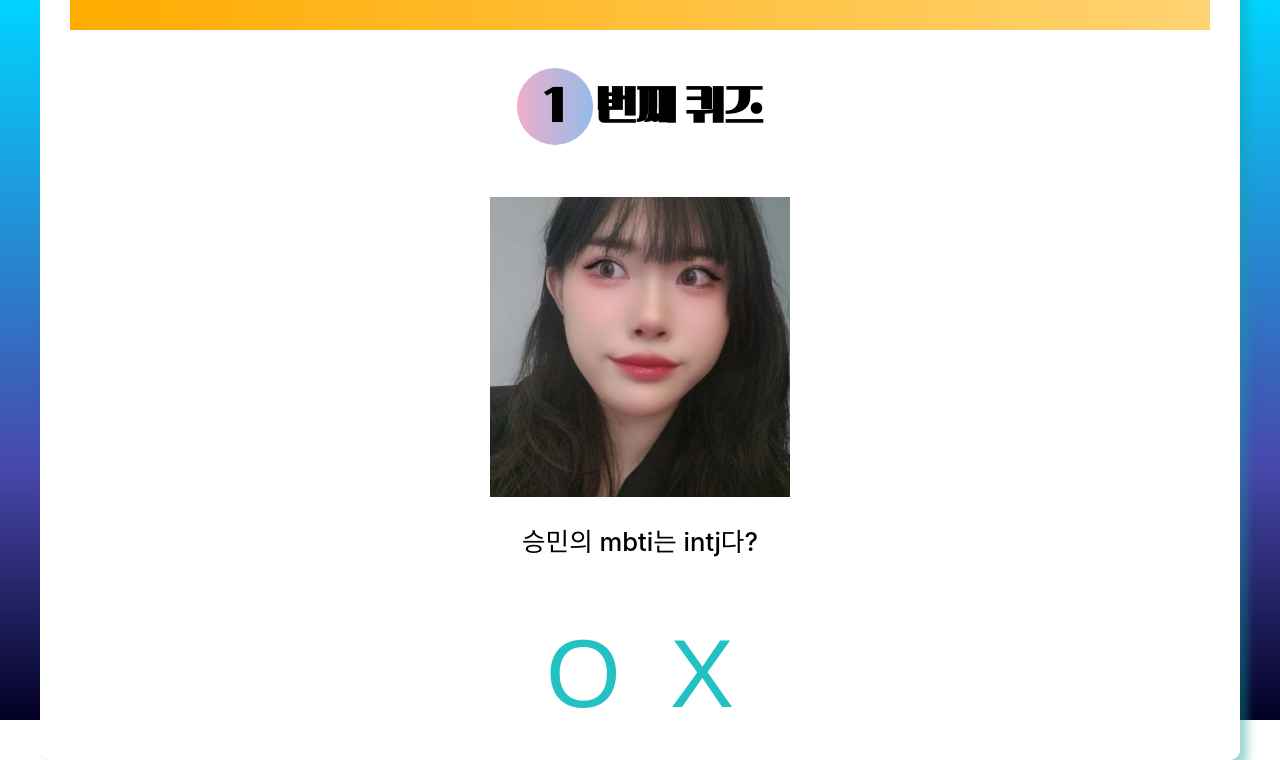
Repository: dnjfht/quiz3
Page: /quiz
These files come from the project's save history. The page is drawn as it stood at one moment and after the next save; the edit follows.
The browser window is 1280 px wide. The pictures show the whole page.
The project was rebuilt for these pictures with package versions that can differ from the ones it lists, and the page was loaded fresh each time. Also part of the build but not shown: src/components/Start.js, src/components/Score.js, src/components/Message.js, src/components/Ranking.js, src/components/NotPage.js.

Above is the page before, as saved 2023-04-15 23:16:45.

### src/index.js
import React from "react";
import ReactDOM from "react-dom/client";
import "./index.css";
import App from "./App";
import reportWebVitals from "./reportWebVitals";
import { BrowserRouter } from "react-router-dom";
import { Provider } from "react-redux";
import store from "./redux/config/configStore";

const root = ReactDOM.createRoot(document.getElementById("root"));
root.render(
  <Provider store={store}>
    <BrowserRouter>
      <App />
    </BrowserRouter>
  </Provider>
);

// If you want to start measuring performance in your app, pass a function
// to log results (for example: reportWebVitals(console.log))
// or send to an analytics endpoint. Learn more: https://bit.ly/CRA-vitals
reportWebVitals();

### src/index.css
body {
  margin: 0;
  font-family: -apple-system, BlinkMacSystemFont, "Segoe UI", "Roboto", "Oxygen",
    "Ubuntu", "Cantarell", "Fira Sans", "Droid Sans", "Helvetica Neue",
    sans-serif;
  -webkit-font-smoothing: antialiased;
  -moz-osx-font-smoothing: grayscale;
}

code {
  font-family: source-code-pro, Menlo, Monaco, Consolas, "Courier New",
    monospace;
}

@font-face {
  font-family: "ddalgifont";
  src: url("./fonts/고령딸기체+TTF.ttf");
}

@font-face {
  font-family: "chabfont";
  src: url("./fonts/chab.ttf");
}

@font-face {
  font-family: "ddagfont";
  src: url("./fonts/ddag.ttf");
}

### src/App.js
import styled from "styled-components";
import Router from "./shared/Router";

const Wrap = styled.div`
  width: 100%;
  height: 100vh;
  background: rgb(2, 0, 36);
  background: linear-gradient(
    0deg,
    rgba(2, 0, 36, 1) 0%,
    rgba(71, 71, 170, 1) 35%,
    rgba(0, 212, 255, 1) 100%
  );

  position: relative;
`;

const ContentWrap = styled.div`
  width: 1200px;
  height: 800px;
  padding: 30px;
  box-sizing: border-box;
  background-color: white;
  border-radius: 10px;
  box-shadow: 8px 8px 8px rgba(21, 159, 161, 0.4);

  position: absolute;
  top: 50%;
  margin-top: -400px;
  left: 50%;
  margin-left: -600px;
`;

function App() {
  return (
    <Wrap>
      <ContentWrap>
        <Router />
      </ContentWrap>
    </Wrap>
  );
}

export default App;

### src/redux/config/configStore.js
import { combineReducers, createStore, applyMiddleware } from "redux";
import thunk from "redux-thunk";
import quiz from "../modules/quiz";
import rank from "../modules/rank";

const middlewares = [thunk];
// 미들웨어들도 하나로 묶어줘야 힘.

const rootReducer = combineReducers({
  quiz: quiz,
  rank: rank,
});

const enhancer = applyMiddleware(...middlewares);
// reducer 말고 옵셔널하게 추가하는 애들의 모음.
// 여기 미들웨어를 적용해 넣을 거임.

const store = createStore(rootReducer, enhancer);
export default store;

### src/shared/Router.js
import React from "react";
import { Routes, Route } from "react-router-dom";
import Start from "../components/Start";
import Quiz from "../components/Quiz";
import Score from "../components/Score";
import Message from "../components/Message";
import Ranking from "../components/Ranking";
import NotPage from "../components/NotPage";

export default function Router() {
  return (
    <>
      <Routes>
        <Route path="/" element={<Start />} />
        <Route path="/quiz" element={<Quiz />} />
        <Route path="/score" element={<Score />} />
        <Route path="/message" element={<Message />} />
        <Route path="/ranking" element={<Ranking />} />
        <Route path="*" element={<NotPage />} />
      </Routes>
    </>
  );
}

### src/redux/modules/quiz.js
// action value
const ADDUSERANSWER = "add_user_answer";
const RESETUSERANSWER = "reset_user_answer";

// action creator

export const AddUserAnswer = (payload) => {
  return {
    type: ADDUSERANSWER,
    payload: payload,
  };
};

export const ResetUserAnswer = (payload) => {
  return {
    type: RESETUSERANSWER,
    payload: payload,
  };
};

// initialState
const initialState = {
  name: "유승민",
  quiz_list: [
    {
      image: "assets/1.png",
      quiz: "승민의 mbti는 intj다?",
      answer: false,
    },
    {
      image: "assets/2.png",
      quiz: "승민은 공감을 잘해주는 사람을 좋아한다?",
      answer: true,
    },
    {
      image: "assets/3.png",
      quiz: "승민은 사람들이랑 대화하고 알아가는 것을 즐긴다?",
      answer: true,
    },
    {
      image: "assets/4.png",
      quiz: "승민은 자기개발하는걸 좋아한다?",
      answer: true,
    },
    {
      image: "assets/5.png",
      quiz: "승민의 관심있을 때 하는 행동은 선톡을 하는 것이다?",
      answer: true,
    },
    {
      image: "assets/6.png",
      quiz: "승민은 불같은 연애보다 서로 믿고 의지할 수 있는 연애를 선호한다?",
      answer: true,
    },
    {
      image: "assets/7.png",
      quiz: "승민은 계획을 세우고 차근차근 계획에 옮기는걸 선호한다?",
      answer: true,
    },
    {
      image: "assets/8.png",
      quiz: "승민은 놀이기구 타는 것을 좋아한다?",
      answer: false,
    },
    {
      image: "assets/9.png",
      quiz: "승민은 고1 때부터 흡연을 했다?",
      answer: false,
    },
    {
      image: "assets/10.png",
      quiz: "승민은 소개팅을 나간 적이 있다?",
      answer: false,
    },
    {
      image: "assets/11.png",
      quiz: "승민은 소개팅과 같은 인위적인 만남을 좋아한다?",
      answer: false,
    },
    {
      image: "assets/12.png",
      quiz: "승민은 연인과 갈등이 있을 때 대화로 푸는 것을 선호한다?",
      answer: true,
    },
    {
      image: "assets/13.png",
      quiz: "승민은 연애할 때 항상 상대방의 기분이 우선이다?",
      answer: true,
    },
    {
      image: "assets/14.png",
      quiz: "승민은 좋아하는 사람에게 선물주는 것을 좋아한다?",
      answer: true,
    },
    {
      image: "assets/15.png",
      quiz: "승민은 감수성이 풍부해서 슬픈 영화나 만화를 보고 잘 운다?",
      answer: true,
    },
    {
      image: "assets/16.png",
      quiz: "승민은 본래 무뚝뚝한 성격이다?",
      answer: true,
    },
    {
      image: "assets/17.png",
      quiz: "승민의 노래방 18번곡은 나비무덤이다?",
      answer: false,
    },
    {
      image: "assets/18.png",
      quiz: "승민은 핫플을 돌아다니면서 맛집 탐방을 하고 사진 찍는 데이트를 선호한다?",
      answer: true,
    },
    {
      image: "assets/19.png",
      quiz: "승민은 연애할 때 꽃이나 편지 받는걸 좋아한다?",
      answer: true,
    },
    {
      image: "assets/20.png",
      quiz: "승민은 번호를 따인 적이 있다?",
      answer: false,
    },
  ],
  user_answer: [],
  result_text: {
    40: "나랑 친하지 않은가보군?😑",
    60: "나랑 좀 더 친해져야겠다🙃",
    80: "내적 친밀감 80퍼센트!😎",
    100: "뭐야, 넌 내 소울메이트...!?💖",
  },
};

// reducer

const quiz = (state = initialState, action) => {
  switch (action.type) {
    case ADDUSERANSWER: {
      const newUserAnswer = [...state.user_answer, action.payload];
      return { ...state, user_answer: newUserAnswer };
    }
    case RESETUSERANSWER: {
      return { ...state, user_answer: [] };
    }
    default:
      return state;
  }
};

export default quiz;

### src/redux/modules/rank.js
import { db } from "../../firebase";
import {
  collection,
  getDocs,
  addDoc,
  doc,
  updateDoc,
  deleteDoc,
  getDoc,
} from "firebase/firestore";

// action value
const ADDUSERNAME = "add_user_name";
const GETRANK = "get_rank";
const ADDRANK = "add_rank";

// action creator
export const GetRank = (payload) => {
  return {
    type: GETRANK,
    payload: payload,
  };
};

export const AddUserName = (payload) => {
  return {
    type: ADDUSERNAME,
    payload: payload,
  };
};

export const AddRank = (payload) => {
  return {
    type: ADDRANK,
    payload: payload,
  };
};

export const loadQuizFB = () => {
  return async function (dispatch) {
    const quiz_data = await getDocs(collection(db, "quiz"));
    console.log(quiz_data);

    let quiz_list = [];

    quiz_data.forEach((doc) => {
      console.log(doc.data());
      quiz_list.push({ id: doc.id, ...doc.data() });
    });

    console.log(quiz_list);

    dispatch(GetRank(quiz_list));
  };
};

export const addQuizFB = (payload) => {
  return async function (dispatch) {
    const docRef = await addDoc(collection(db, "quiz"), payload);
    // const _quiz = await getDoc(docRef);
    // const quiz = { id: _quiz.id, ..._quiz.data() };
    // dispatch(AddRank(quiz));

    // 추가한 데이터 중 id를 가져와서 bucket_data 만들기.
    // const bucket_data = { id: docRef.id, ...payload };
    // // 마지막으로 액션 일으키기 (수정해달라고 요청)
    // dispatch(createWidget(bucket_data));
  };
};

// initialState
const initialState = {
  user_name: "",
  rank: [
    // { score: 100, name: "방가방가", comment: "다들 잘생겼다" },
    // { score: 40, name: "이하늘", comment: "너무 어려운데..." },
    // { score: 60, name: "오하요~!", comment: "잘 생긴 사람이 곧 이상형" },
  ],
};

// reducer
const rank = (state = initialState, action) => {
  switch (action.type) {
    case GETRANK: {
      console.log(action.payload);
      return { ...state, rank: action.payload };
    }
    case ADDUSERNAME: {
      return { ...state, user_name: action.payload };
    }
    case ADDRANK: {
      const new_rank_data = [...state.rank, action.payload];
      return { ...state, rank: new_rank_data };
    }
    default:
      return state;
  }
};
export default rank;

### src/components/Quiz.js
import React from "react";
import styled from "styled-components";
import Progress from "./Progress";
import { useSelector, useDispatch } from "react-redux";
import quiz, { AddUserAnswer } from "../redux/modules/quiz";
import { useEffect } from "react";
import { useNavigate } from "react-router-dom";

const Wrap = styled.div`
  width: 100%;
  height: 100%;

  display: flex;
  flex-direction: column;
  justify-content: space-between;
  align-items: center;
`;

const QuizWrap = styled.div`
  width: 100%;
  height: 680px;

  display: flex;
  flex-direction: column;
  align-items: center;
  justify-content: space-between;
`;

const QuizNumber = styled.h1`
  font-size: 2.6rem;
  font-family: "ddagfont";

  & > span {
    margin-right: 4px;
    padding: 10px 26px;
    background: rgb(238, 174, 202);
    background: linear-gradient(
      90deg,
      rgba(238, 174, 202, 1) 0%,
      rgba(148, 187, 233, 1) 100%
    );
    border-radius: 100px;
  }
`;

const QuizImg = styled.img`
  width: 300px;
  height: 300px;
`;

const Question = styled.h3`
  width: 100%;
  margin-top: -10px;

  font-size: 1.6rem;
  text-align: center;
  font-weight: 500;
`;

const AnswerSelector = styled.div`
  width: 200px;

  display: flex;
  flex-direction: row;
  justify-content: space-between;
`;

const AnswerSelectorButton = styled.button`
  background-color: transparent;
  border: none;

  font-size: 6rem;
  color: rgb(34, 193, 195);

  transition: all 0.8s;

  &:hover {
    color: rgb(253, 187, 45);

    cursor: pointer;
  }
`;

export default function Quiz() {
  const dispatch = useDispatch();
  const quiz_list = useSelector((state) => state.quiz.quiz_list);
  console.log(quiz_list);
  const user_answer = useSelector((state) => state.quiz.user_answer);
  console.log(user_answer);

  const navigate = useNavigate();

  useEffect(() => {
    if (quiz_list.length === user_answer.length) {
      navigate("/score");
      return;
    }
  }, [user_answer]);

  if (quiz_list.length === user_answer.length) {
    return null;
  }

  return (
    <Wrap>
      <Progress />
      <QuizWrap>
        <QuizNumber>
          <span>{user_answer.length + 1}</span>번째 퀴즈
        </QuizNumber>

        <QuizImg
          src={
            process.env.PUBLIC_URL + `${quiz_list[user_answer.length].image}`
          }
        />

        <Question>{quiz_list[user_answer.length].quiz}</Question>

        <AnswerSelector>
          <AnswerSelectorButton
            onClick={() => {
              dispatch(AddUserAnswer(true));
            }}
          >
            O
          </AnswerSelectorButton>
          <AnswerSelectorButton
            onClick={() => {
              dispatch(AddUserAnswer(false));
            }}
          >
            X
          </AnswerSelectorButton>
        </AnswerSelector>
      </QuizWrap>
    </Wrap>
  );
}

### src/firebase.js
// Import the functions you need from the SDKs you need
import { initializeApp } from "firebase/app";
import { getFirestore } from "firebase/firestore";
// TODO: Add SDKs for Firebase products that you want to use
// https://firebase.google.com/docs/web/setup#available-libraries

// Your web app's Firebase configuration
// For Firebase JS SDK v7.20.0 and later, measurementId is optional
const firebaseConfig = {
  apiKey: "AIzaSyAQCzx3TeRMhfQ14uI1xPuxKIeyOukr2zs",
  authDomain: "seungmin-s-quiz2.firebaseapp.com",
  projectId: "seungmin-s-quiz2",
  storageBucket: "seungmin-s-quiz2.appspot.com",
  messagingSenderId: "764474150624",
  appId: "1:764474150624:web:e3932df48db64f86c44a85",
  measurementId: "G-NK0EYYQQFF",
};

// Initialize Firebase
const app = initializeApp(firebaseConfig);
export const db = getFirestore(app);

### src/components/Progress.js
import React from "react";
import { useSelector } from "react-redux";
import styled from "styled-components";

const Wrap = styled.div`
  width: 100%;
  height: 40px;
  background: rgb(255, 204, 0);
  background: rgb(255, 171, 0);
  background: linear-gradient(
    90deg,
    rgba(255, 171, 0, 1) 0%,
    rgba(255, 211, 115, 1) 100%
  );
`;

const ProgressBar = styled.div`
  width: ${(props) => props.percent};
  height: 100%;
  background: rgb(238, 174, 202);
  background: linear-gradient(
    90deg,
    rgba(238, 174, 202, 1) 0%,
    rgba(148, 187, 233, 1) 100%
  );

  transition: all 0.5s;
`;

export default function Progress() {
  const user_answer = useSelector((state) => state.quiz.user_answer);
  const quiz_list = useSelector((state) => state.quiz.quiz_list);

  const percent = (100 / quiz_list.length) * user_answer.length + "%";
  console.log(percent);

  return (
    <Wrap>
      <ProgressBar percent={percent} />
    </Wrap>
  );
}

Loaded but not shown: public/index.html (common file); src/reportWebVitals.js (common file)

After the next save:
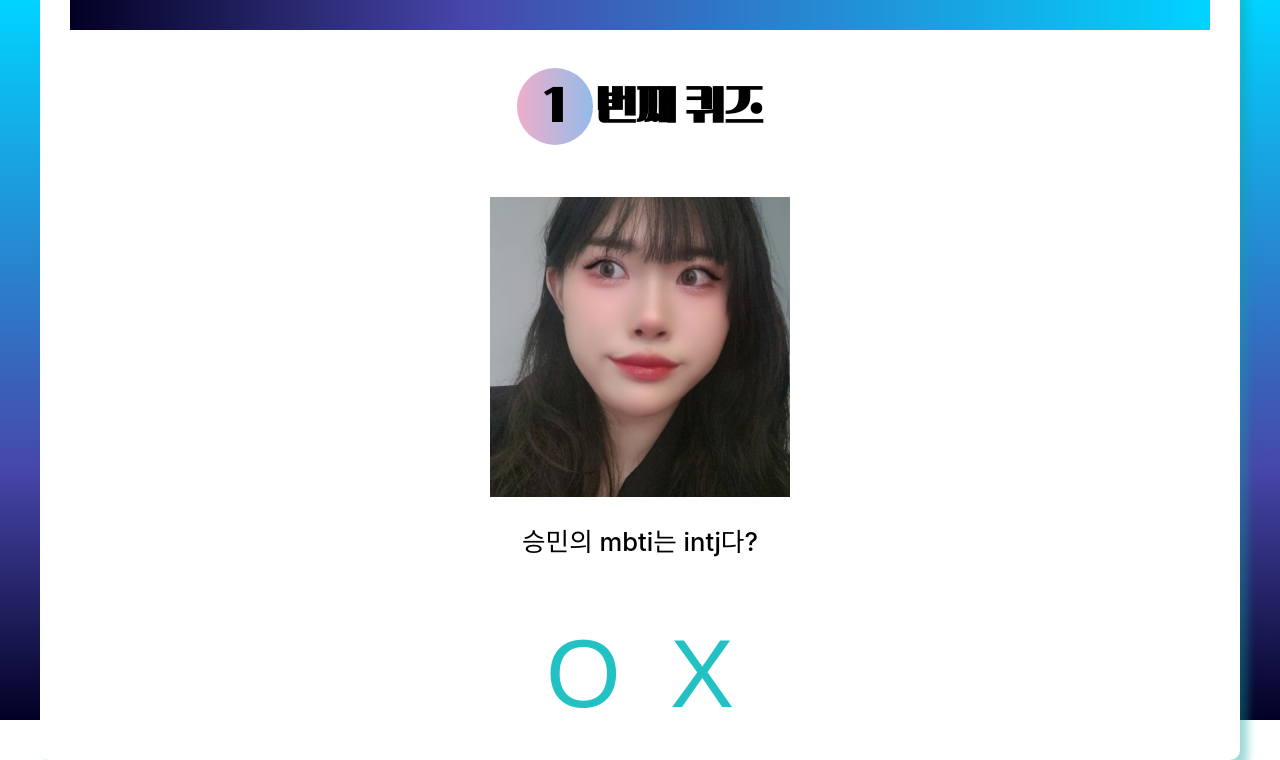
Saved 74 s later.
--- a/src/components/Progress.js
+++ b/src/components/Progress.js
@@ -5,12 +5,12 @@ import styled from "styled-components";
 const Wrap = styled.div`
   width: 100%;
   height: 40px;
-  background: rgb(255, 204, 0);
-  background: rgb(255, 171, 0);
+  background: rgb(2, 0, 36);
   background: linear-gradient(
     90deg,
-    rgba(255, 171, 0, 1) 0%,
-    rgba(255, 211, 115, 1) 100%
+    rgba(2, 0, 36, 1) 0%,
+    rgba(71, 71, 170, 1) 35%,
+    rgba(0, 212, 255, 1) 100%
   );
 `;
 
